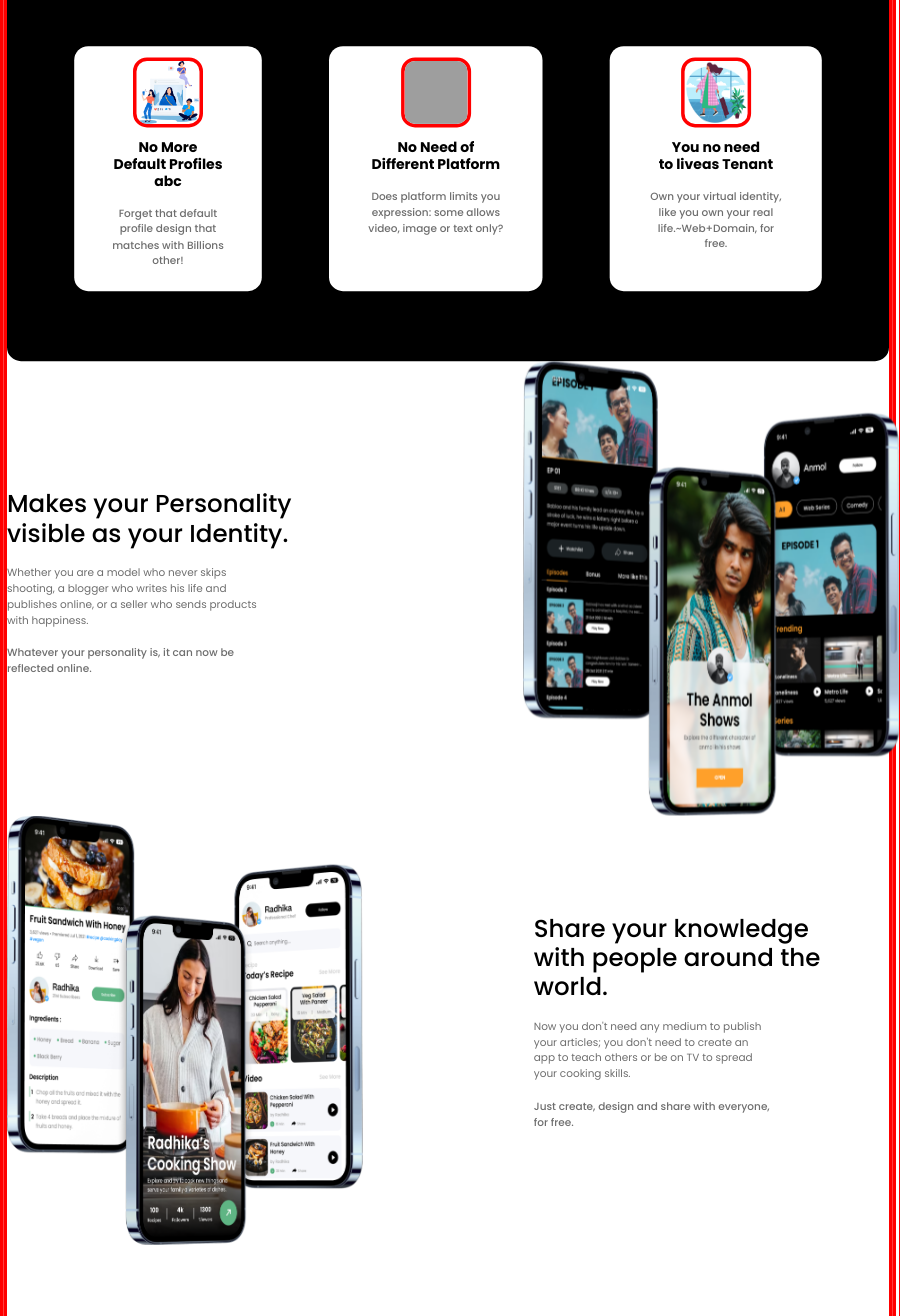
Repository: itsmesikandar/swavy.in.github.io
Page: index.html
The author's editor kept a copy of each file at every save. The page is drawn from the files as they stood at one save, then again after the next save.
The browser window is 1280 px wide. The page is 1285 px wide, so the pictures cover 1285 px, including what lies to the right of the window. The pictures show the part of the page from y = 930 to 2810 px (the page is 4944 px tall before and 4920 px after), at 70% of full size.
Pictures or frames that could not be fetched are drawn as grey boxes.

Above is the page before, as saved 2023-02-22 22:59:57.
Console error: TypeError: Cannot read properties of undefined (reading 'fn')

After the next save:
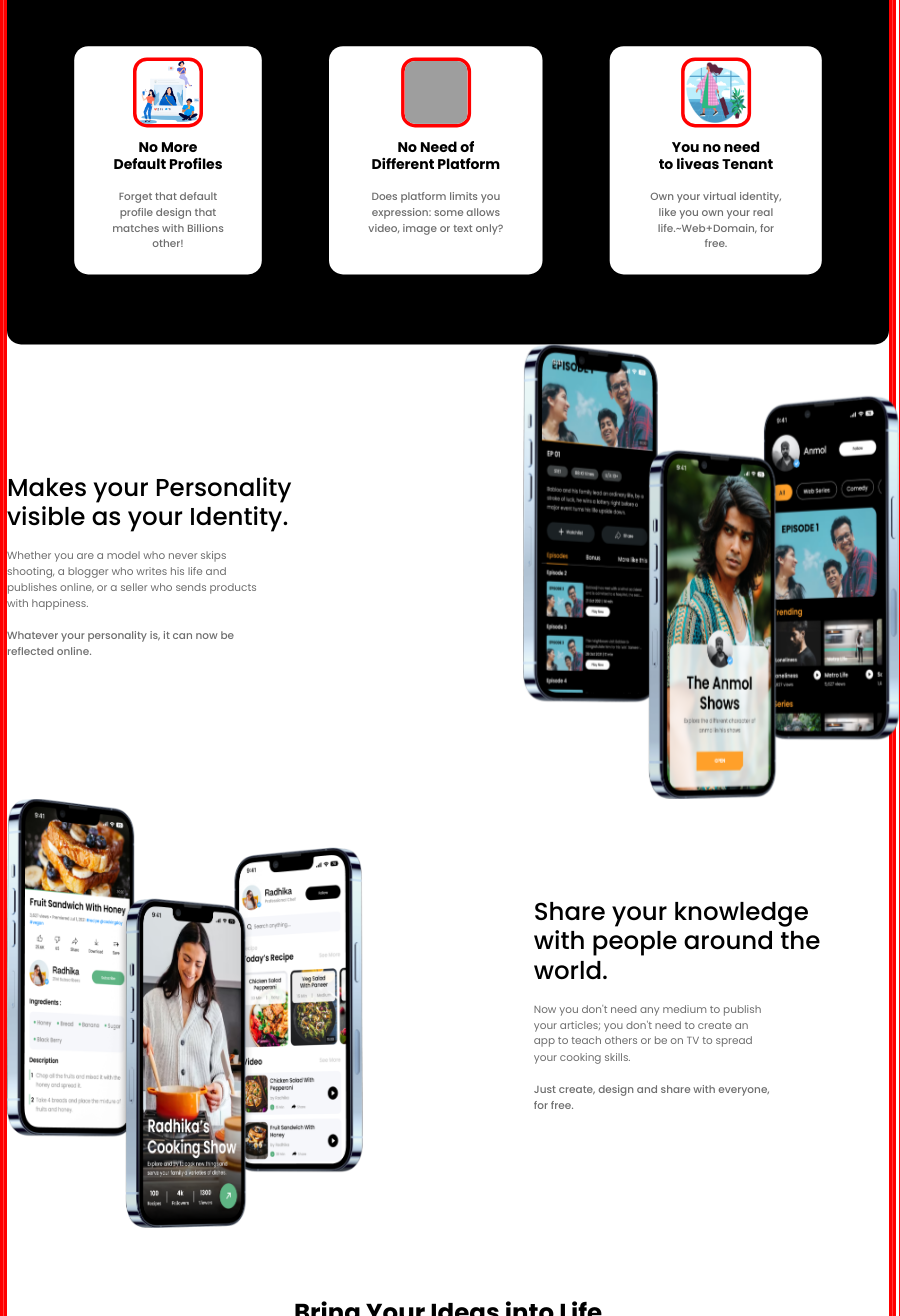
Saved 12 s later.
--- a/index.html
+++ b/index.html
@@ -78,7 +78,7 @@
               <div class="grid-margin d-flex justify-content-center bg_color_white mx-5 px-2">
                 <div class="features-width text-center py-3">
                   <img class="border-to" src="images/nomore.png" width="100" height="100" alt="" class="img-icons">
-                  <h5 class="py-3 font-weigh-sub">No More<br>Default Profiles abc</h5>
+                  <h5 class="py-3 font-weigh-sub">No More<br>Default Profiles</h5>
                   <p class="text-muted font-wt-p">Forget that default profile design that matches with Billions other!</p>
                 </div>
               </div>
